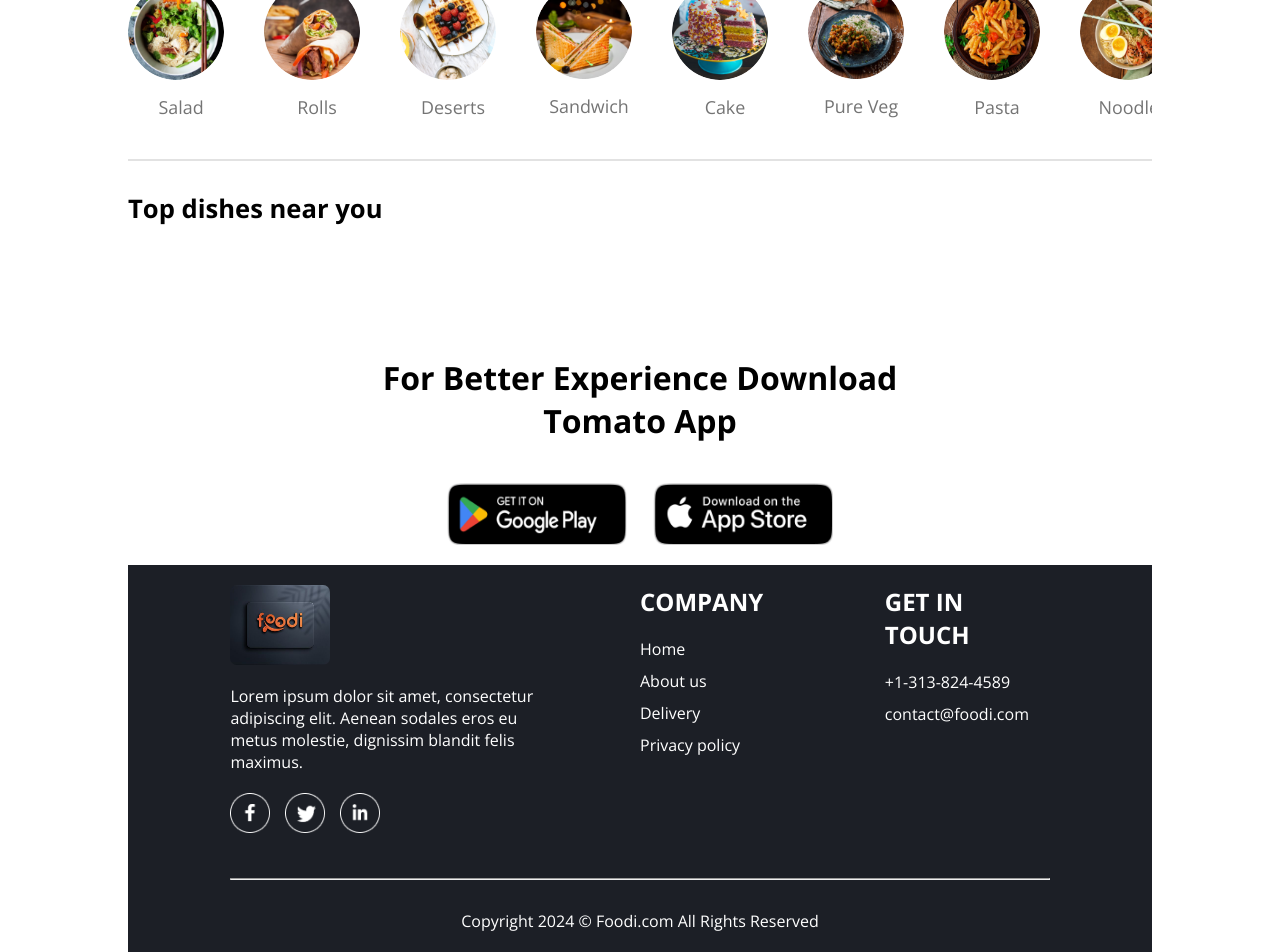
Repository: LolaSL/food-delivery-app
Page: / (app in frontend/)
An editor plug-in stored every save of this project. The page is shown before and after the next save, followed by the edit.
The browser window is 1280 px wide. The pictures show the part of the page from y = 799 to 1751 px (the page is 1751 px tall before and 1749 px after).
The page's requests for data from a server got no answer. The project was rebuilt for these pictures with package versions that can differ from the ones it lists, and the page was loaded fresh each time. No one was signed in, and anything a server would have sent is missing. Also part of the build but not shown: frontend/vite.config.js, frontend/src/components/foodItem/FoodItem.jsx, frontend/src/components/cart/Cart.css, frontend/src/components/cart/Cart.jsx, frontend/src/components/order/PlaceOrder.css, frontend/src/components/order/PlaceOrder.jsx, frontend/src/components/login/Login.jsx, frontend/src/pages/verify/Verify.css and 3 more.

Above is the page before, as saved 2024-05-28 20:41:50.

### frontend/index.html
<!doctype html>
<html lang="en">
  <head>
    <meta charset="UTF-8" />
    <link rel="icon" type="image/svg+xml" href="/vite.svg" />

    <meta name="viewport" content="width=device-width, initial-scale=1.0" />
    <link rel="preconnect" href="https://fonts.googleapis.com">
<link rel="preconnect" href="https://fonts.gstatic.com" crossorigin>
<link href="https://fonts.googleapis.com/css2?family=Open+Sans:ital,wght@0,300..800;1,300..800&display=swap" rel="stylesheet">
    <title>Food Delivery Application</title>
  </head>
  <body>
    <div id="root"></div>
    <script type="module" src="/src/main.jsx"></script>
  </body>
</html>

### frontend/src/main.jsx

import ReactDOM from 'react-dom/client';
import App from './App.jsx';
import './index.css';
import { BrowserRouter } from 'react-router-dom';
import StoreContextProvider from './context/StoreContext.jsx';

ReactDOM.createRoot(document.getElementById('root')).render(
  <BrowserRouter>
    <StoreContextProvider >
      <App />
    </StoreContextProvider>
  </BrowserRouter>
);

### frontend/src/App.jsx
import Navbar from "./components/navbar/Navbar.jsx";
import Home from "./pages/home/Home.jsx";
import { Routes, Route } from "react-router-dom";
import Cart from "./components/cart/Cart.jsx";
import PlaceOrder from "./components/order/PlaceOrder.jsx";
import Footer from "./components/footer/Footer.jsx";
import { useState } from "react";
import Login from "./components/login/Login.jsx";
import Verify from "./pages/verify/Verify.jsx";
import MyOrders from "./pages/myOrders/MyOrders.jsx";



function App() {

  const [showLogin, setShowLogin] = useState(false);

  return (
    <>
      {showLogin ? <Login setShowLogin={setShowLogin} /> : <div></div>}
      <div className="app">
        <Navbar setShowLogin={setShowLogin} />
        <Routes>
          <Route path="/" element={<Home />} />
          <Route path="/cart" element={<Cart />} />
          <Route path="/order" element={<PlaceOrder />} />
          <Route path="/verify" element={<Verify />} />
          <Route path="/myorders" element={<MyOrders/>} />
        </Routes>
        <Footer />
      </div>
    </>
  );
}

export default App;

### frontend/src/index.css
*{
  padding:0;
  margin:0;
  box-sizing: border-box;
  font-family: "Open Sans", sans-serif;
  scroll-behavior: smooth;
}

body{
  min-height: 100vh;

}
a{
  text-decoration: none;
  color: inherit;
}
.app{
  width: 80%;
  margin: auto;

}
@keyframes fadeIn {
0%{
  opacity: 0;
}
  100%{
    opacity:1;
  }
}

### frontend/src/context/StoreContext.jsx
import { useState, createContext, useEffect } from "react";
import PropTypes from "prop-types";
import axios from "axios";

export const StoreContext = createContext(null);

const StoreContextProvider = ({ children }) => {

  const [cartItems, setCartItems] = useState({});

  const url = "http://localhost:4000";

  const [token, setToken] = useState("");

  const [food_list, setFoodList] = useState([]);

  const addToCart = async (itemId) => {
    if (!cartItems[itemId]) {
      setCartItems((prev) => ({ ...prev, [itemId]: 1 }));
    } else {
      setCartItems((prev) => ({ ...prev, [itemId]: prev[itemId] + 1 }));
    }
    if (token) {
      await axios.post(
        url + "/api/cart/add",
        { itemId },
        { headers: { token } }
      );
    }
  };

  const removeFromCart = async (itemId) => {
    setCartItems((prev) => ({ ...prev, [itemId]: prev[itemId] - 1 }));
    if (token) {
      await axios.post(
        url + "/api/cart/remove",
        { itemId },
        { headers: { token } }
      );
    }
  };

  const getTotalCartAmount = () => {
    let totalAmount = 0;
    for (const item in cartItems) {
      if (cartItems[item] > 0) {
        let itemInfo = food_list.find((product) => product._id === item);
        totalAmount += itemInfo.price * cartItems[item];
      }
    }
    return totalAmount;
  };

  const fetchFoodList = async () => {
    const response = await axios.get(url + "/api/food/list");
    setFoodList(response.data.data);
  };

  const loadCartData = async (token) => {
    const response = await axios.post(
      url + "/api/cart/get",
      {},
      { headers: { token } }
    );

    setCartItems(response.data.cartData);
  };

  useEffect(() => {
    async function loadData() {
      await fetchFoodList();
      if (localStorage.getItem("token")) {
        setToken(localStorage.getItem("token"));
        await loadCartData(localStorage.getItem("token"));
      }
    }
    loadData();
  }, []);

  const contextValue = {
    food_list,
    cartItems,
    setCartItems,
    addToCart,
    removeFromCart,
    getTotalCartAmount,
    url,
    token,
    setToken,
  };

  return (
    <StoreContext.Provider value={contextValue}>
      {children}
    </StoreContext.Provider>
  );
};

StoreContextProvider.propTypes = {
  children: PropTypes.oneOfType([
    PropTypes.arrayOf(PropTypes.node),
    PropTypes.node,
  ]).isRequired,
};

export default StoreContextProvider;

### frontend/src/components/navbar/Navbar.jsx
import { useContext, useState } from "react";
import "./Navbar.css";
import { assets } from "../../assets/assets.js";
import { Link, useNavigate } from "react-router-dom";
import PropTypes from "prop-types";
import { StoreContext } from "../../context/StoreContext.jsx";

const Navbar = ({ setShowLogin }) => {

  const [menu, setMenu] = useState("Home");

  const { getTotalCartAmount, token, setToken } = useContext(StoreContext);

  const navigate = useNavigate();

  const logout = () => {
    localStorage.removeItem("token");
    setToken("");
    navigate("/");
  };

  return (
    <div className="navbar">
      <Link to="/">
        <img src={assets.logo} alt="logo" />
      </Link>
      <ul className="navbar-menu">
        <Link
          to="/"
          onClick={() => setMenu("Home")}
          className={menu === "Home" ? "active" : ""}
        >
          Home
        </Link>
        <a
          href="#explore-menu"
          onClick={() => setMenu("Menu")}
          className={menu === "Menu" ? "active" : ""}
        >
          Menu
        </a>
        <a
          href="#app-download"
          onClick={() => setMenu("Mobile-App")}
          className={menu === "Mobile-App" ? "active" : ""}
        >
          Mobile-App
        </a>
        <a
          href="#footer"
          onClick={() => setMenu("Contact Us")}
          className={menu === "Contact Us" ? "active" : ""}
        >
          Contact Us
        </a>
      </ul>
      <div className="navbar-right">
        <div className="navbar-search-icon">
          <Link to="/cart">
            <img src={assets.basket_icon} alt="backet icon" />
          </Link>
          <div className={getTotalCartAmount() === 0 ? "" : "dot"}></div>
        </div>
        {!token ? (
          <button className="btn-signup" onClick={() => setShowLogin(true)}>
            SingUp
          </button>
        ) : (
          <div className="navbar-profile">
            <img src={assets.profile_icon} alt="profile icon" />
            <ul className="navbar-profile-dropdown">
              <li onClick={() => navigate("/myorders")}>
                <img src={assets.bag_icon} alt="bag icon" />
                <p>Orders</p>
              </li>
              <hr />
              <li onClick={logout}>
                <img src={assets.logout_icon} alt="logout icon" />
                <p>Logout</p>
              </li>
            </ul>
          </div>
        )}
      </div>
    </div>
  );
};

Navbar.propTypes = {
  setShowLogin: PropTypes.func.isRequired,
};
export default Navbar;

### frontend/src/pages/home/Home.jsx
import Header from "../../components/header/Header.jsx";
import Explore from "../../components/explore/Explore.jsx";
import { useState } from "react";
import FoodDisplay from "../../components/foodDisplay/FoodDisplay.jsx";
import AppDownload from "../../components/appDownload/AppDownload.jsx";

const Home = () => {

  const [category, setCategory] = useState("All");
  return (
    <div>
      <Header />
      <Explore category={category} setCategory={setCategory} />
      <FoodDisplay category={category} />
      <AppDownload />
    </div>
  );
};

export default Home;

### frontend/src/components/footer/Footer.jsx
import './Footer.css'
import { assets } from "../../assets/assets";

const Footer = () => {
  return (
    <div className="footer" id="footer">
      <div className="footer-content">
        <div className="footer-content-left">
          <img src={assets.logo} alt="logo" className="logo-img" />
          <p>
            Lorem ipsum dolor sit amet, consectetur adipiscing elit. Aenean
            sodales eros eu metus molestie, dignissim blandit felis maximus.
          </p>
          <div className="footer-social-icons">
            <img src={assets.facebook_icon} alt="facebook logo" />
            <img src={assets.twitter_icon} alt="twitter logo" />
            <img src={assets.linkedin_icon} alt="linkedin logo" />
          </div>
        </div>
        <div className="footer-content-center">
          <h2>COMPANY</h2>
          <ul>
            <li>Home</li>
            <li>About us</li>
            <li>Delivery</li>
            <li>Privacy policy</li>
          </ul>
        </div>
        <div className="footer-content-right">
          <h2>GET IN TOUCH</h2>
          <ul>
            <li>+1-313-824-4589</li>
            <li>contact@foodi.com</li>
          </ul>
        </div>
      </div>
      <hr />
      <p className="footer-copyright">
        Copyright 2024 &#169; Foodi.com  All Rights Reserved
      </p>
    </div>
  );
};

export default Footer;

### frontend/src/components/navbar/Navbar.css

.navbar {
  display: flex;
  justify-content: space-between;
  align-items: center;
  background-color: #1c1f26;
  color: #d9d9d9;
  padding: 20px;
}


.navbar img {
  max-width: 100px;
  margin-right: 20px;
}


.navbar-menu {
  list-style: none;
  display: flex;
  gap: 20px;
}

.navbar-menu li {
  cursor: pointer;
  cursor: pointer;
  transition: color 0.3s;
}

.navbar-menu li.active {
  color: #fff;
}


.navbar-right {
  display: flex;
  align-items: center;
}


.navbar-right img[src*="search_icon"] {
  width: 20px;
  margin-right: 10px;
}


.navbar-search-icon img[src*="basket_icon"] {
  width: 20px;
  margin-right: 5px;
}


.dot {
  width: 8px;
  height: 8px;
  background-color: #ff5f5f;
  border-radius: 50%;
  display: inline-block;
  margin:8px;
  padding: 2px;
}

.btn-signup {
  background-color: coral;
  border: 1px solid #fff;
  border-radius: 6px;
  color: #fff;
  padding: 5px 10px;
  cursor: pointer;
  transition: background-color 0.3s, color 0.3s;
}

.btn-signup:hover {
  background-color: #fff;
  color: #323232;
}

.navbar-profile {
  position: relative;
}

.navbar-profile-dropdown {
  position: absolute;
  display: none;
  right: 0;
  z-index: 1;
}

.navbar-profile:hover .navbar-profile-dropdown {
  display: flex;
  flex-direction: column;
  gap: 10px;
  color: black;
  background-color: #fff2ef;
  padding: 12px 25px;
  border-radius: 4px;
  border: 1px solid coral;
  outline: 2px solid white;
  list-style: none;
}

.navbar-profile-dropdown li {
  display: flex;
  align-items: center;
  gap: 10px;
  cursor: pointer;
}

.navbar-profile-dropdown img {
  width: 20px;
}

.navbar-profile-dropdown li:hover {
  color: coral;
}

@media (max-width: 1050px) {
  .navbar .logo {
    width: 140px;
  }
  .navbar-menu {
    gap: 30px;
    font-size: 17px;
  }
  .navbar-right {
    gap: 30px;
  }
  .navbar-right img {
    width: 22px;
  }

  .navbar-right button {
    padding: 8px 25px;
  }
}
@media (max-width: 900px) {
  .navbar .logo {
    width: 120px;
  }
  .navbar-menu {
    gap: 20px;
    font-size: 17px;
  }
  .navbar-right {
    gap: 30px;
  }
  .navbar-right img {
    width: 20px;
  }

  .navbar-right button {
    padding: 7px 10px;
    font-size: 15px;
  }
}

@media (max-width: 750px) {
  .navbar-menu {
    display: none;
  }
}

### frontend/src/components/header/Header.jsx
import "./Header.css";

const Header = () => {
  return (
    <div className="header-container">
      <div className="header-content">
        <h3>Order your favorite food here</h3>
        <p>
          Explore our diverse menu, which includes a variety of dishes
          meticulously crafted with the finest ingredients. Elevate your dining
          experience, one delicious meal at a time
        </p>
        <button>View Menu</button>
      </div>
    </div>
  );
};

export default Header;

### frontend/src/components/explore/Explore.jsx

import PropTypes from 'prop-types';
import './Explore.css';
import { menu_list } from '../../assets/assets.js';

const Explore = ({ category, setCategory }) => {
  return (
    <div className="explore-menu" id="explore-menu">
      <h1>Explore our menu</h1>
      <p className="explore-menu-text">
        Choose from a diverse menu featuring a delectable list of dishes, ranging
        from savory delights like truffle-infused risotto to sweet indulgences
        such as Butterscotch Cake.
      </p>
      <div className="explore-menu-list">
        {menu_list.map((item, index) => (
          <div
            onClick={() => setCategory(prev => prev === item.menu_name ? 'All' : item.menu_name)}
            key={index}
            className="explore-menu-list-item"
          >
            <img className={category === item.menu_name ? 'active' : ''} src={item.menu_image} alt={item.menu_name} />
            <p>{item.menu_name}</p>
          </div>
        ))}
      </div>
      <hr />
    </div>
  );
};

Explore.propTypes = {
  category: PropTypes.string.isRequired,
  setCategory: PropTypes.func.isRequired,
};

export default Explore;

### frontend/src/components/foodDisplay/FoodDisplay.jsx
import PropTypes from "prop-types";
import { useContext } from "react";
import "./FoodDisplay.css";
import { StoreContext } from "../../context/StoreContext";
import FoodItem from "../foodItem/FoodItem";

const FoodDisplay = ({ category }) => {

  const { food_list } = useContext(StoreContext);

  return (
    <div className="food-display" id="food-display">
      <h2>Top dishes near you</h2>
      <div className="food-display-list">
        {food_list.map((item, index) => {
          if (category === "All" || category === item.category) {
            return (
              <FoodItem
                key={index}
                id={item._id}
                name={item.name}
                description={item.description}
                price={item.price}
                image={item.image}
                category={category}
              />
            );
          }
        })}
      </div>
    </div>
  );
};

export default FoodDisplay;

FoodDisplay.propTypes = {
  category: PropTypes.string.isRequired,
};

### frontend/src/components/appDownload/AppDownload.jsx
import './AppDownload.css';
import { assets } from '../../assets/assets.js';


const AppDownload = () => {
  return (
      <div className="app-download" id="app-download">
          <h1>For Better Experience Download <br /> Tomato App</h1>
          <div className='app-download-platforms'>
          <img
            src={assets.play_store}
            alt="Add white icon"
              />
                     <img
            src={assets.app_store}
            alt="Add white icon"
          />

          </div>
    </div>
  )
}

export default AppDownload;

### frontend/src/components/footer/Footer.css

.footer {
  background-color: #1c1f26;
  padding: 20px;
  margin-top: 20px;
  gap: 20px;
  color: white;
  padding-top: 80px;
  padding: 20px 8vw;
  display: flex;
  flex-direction: column;
 }

 .footer-content-left .logo-img{
border-radius: 7px;
max-width: 100px;
height:80px;
}
.footer-content {
  width: 100%;
  display: grid;
  grid-template-columns: 2fr 1fr 1fr;
  gap: 80px;
}
.footer-content li{
  list-style: none;
  text-decoration: none;
}
.footer-content-left,.logo-img,
.footer-content-right,
.footer-content-center {
  display: flex;
  flex-direction: column;
  align-items: start;
  gap: 20px;
}
.footer-content-left,
.footer-content-right,
.footer-content-center {
  margin-bottom: 10px;
  cursor: pointer;
}

.footer-content-left li,
.footer-content-right li,
.footer-content-center li {
  margin-bottom: 10px;

}
.footer-content-right h2,
.footer-content-center h2 {
  color: white;
}

.footer-social-icons img {
  width: 40px;
  margin-right: 15px;
}
.footer hr {
  width: 100%;
  height: 2px;
  margin: 10px 0px;
}
.footer-copyright {
  text-align: center;
}

@media (max-width: 750px) {
  .footer-content {
    display: flex;
    flex-direction: column;
    gap: 35px;
  }
  .footer-copyright {
    text-align: center;
  }
}

### frontend/src/components/header/Header.css
.header-container {
  height: 32vw;
  margin: 30px auto;
  background: url("header_img.png") no-repeat;
  background-repeat: no-repeat;
  background-size: contain;
  background-position: center;
  position: relative;
  object-fit: contain;
  padding: 20px;
}

.header-content {
  position: absolute;
  display: flex;
  flex-direction: column;
  align-items: start;
  gap: 1.5vw;
  max-width: 60%;
  bottom: 10%;
  left: 6vw;
  animation: fadeIn 4s;
}

.header-content h3 {
  font-weight: 500;
  color:white;
  font-size: max(3.6vw, 22px);
  text-shadow: 1px 1px 2px grey;
}

.header-content p {
  color: white;
  font-size: 1.3vw;
  text-shadow: 1px 1px 2px grey;
  text-align: justify;
}

button {
  margin: 15px;
  background-color: transparent;
  border: 1px solid #fff;
  border-radius: 5px;
  text-shadow: 1px 1px 2px grey;
  color: #fff;
  padding: 5px 10px;
  font-weight: bold;
  cursor: pointer;
  transition: background-color 0.3s, color 0.3s;
}


@media (max-width: 1050px) {
  .header-content {
    max-width: 65%;
  }
}

@media (max-width: 750px) {
  .header-content {
    max-width: 70%;
  }
  .header-content p{
  display: none;
  }
  .header-content button{
    padding: 4px 8px;
    }
}

### frontend/src/components/explore/Explore.css

.explore-menu {
    display: flex;
    flex-direction:column;
    gap:20px;

  }

  .explore-menu h1 {
    color:#262626;
    font-weight: 500;

  }


  .explore-menu-text {
    max-width: 60%;
    font-size: 16px;
    color: #333;
    margin-bottom: 20px;
  }
  .explore-menu-list{
    display: flex;
    align-items: center;
    justify-content: space-between;
    gap:30px;
    text-align: center;
    margin: 20px 0px;
    overflow-x: scroll;
  }

  .explore-menu-list::-webkit-scrollbar{
    display: none;
  }


  .explore-menu-list-item img {
    width: 7.5vw;
    min-width: 80px;
    cusor:pointer;
    border-radius:50%;
    transition: 0.5s;
    margin-right: 10px;
  }


  .explore-menu-list-item p {
    margin-top: 10px;
    font-size: max(1.4vw, 16px);
    color: #747474;
  }


  .explore-menu hr {
    border: none;
    height: 2px;
    background-color: #e2e2e2;
    margin-top: 10px 10px;
  }

  .explore-menu-list-item .active {
    border: 4px solid coral;
    padding: 2px;
    border-radius:50%
}

@media(max-width: 1050px){
  .explore-menu-text{
    max-width: 100%;
    font-size:14px;
    text-align: justify;
  }
}

### frontend/src/components/foodDisplay/FoodDisplay.css

.food-display {
  margin-top: 30px;
}
.food-display h2 {
  font-size: max(2vw, 24px);
  font-wieght: 600;
}

.food-display-list {
  display: grid;
  grid-template-columns: repeat(
    auto-fill,
    minmax(240px, 1fr)
  );
  gap: 20px;
  margin-top: 30px;
  row-gap: 50px;
}


.food-item {
  border: 1px solid #ddd;
  border-radius: 8px;
  padding: 10px;
  background-color: #f9f9f9;
  box-shadow: 0 2px 4px rgba(0, 0, 0, 0.1);
}

.food-item img {
  width: 100%;
  border-radius: 15px 15px 0 0;
}


.food-item-info {
  padding-left: 16px;
}


.food-item-name-rating {
  display: flex;
  justify-content: space-between;
  align-items: center;
}

.food-item-name-rating p {
  font-size: 18px;
  font-weight: 500;
}


.food-item-desc {
  margin-top: 8px;
  font-size: 12px;
  color: #777;
}


.food-item-price {
  margin-top: 10px;
  font-weight: 500;
  color: tomato;
  font-size: 20px;
}

### frontend/src/components/appDownload/AppDownload.css
.app-download{
    margin: auto auto;
    margin-top: 100px;
    font-size: max(3vw, 20px;);
    font-weight: 500;
}
.app-download-platforms{
    display: flex;
    justify-content:center;
    gap: max(2vw, 10px);
    margin-top: 40px;
}
.app-download h1{
    text-align: center;
}

.app-download-platforms img{
    widht: max(30vw, 120px);
    max-width: 180px;
transition:0.6s;
cursor: pointer;
}

.app-download-platforms img:hover{
transform: scale(1.1)
}

### frontend/src/components/foodItem/FoodItem.css

.food-item {
  margin: auto;
  border-radius: 15px;
  box-shadow: 0px 0px 10px #00000015;
  transition: 0.3s;
  animation: fadeIn 2s;
}


.food-item-image {
  width: 100%;
  border-radius: 15px 15px 0px 0px;
}


.food-item-info {
  padding-left: 20px;
}

.food-item-name-rating {
  display: flex;
  justify-content: space-between;
  align-items: center;
  margin-bottom: 10px;
}

.food-item-img-container {
  position: relative;
}

.food-item-img-container .add {
  width: 35px;
  position: absolute;
  bottom: 15px;
  right: 15px;
  cursor: pointer;
  border-radius: 50%;
}


.responsive {
  width: 100%;
  max-width: 400px;
  height: auto;
}

.food-item-name-rating p {
  font-size: 20px;
  font-weight: 500;
}


.food-item-name-rating img {
  width: 68px;
  padding: 4px;
}

.food-item-counter {
  position: absolute;
  bottom: 15px;
  right: 15px;
  display: flex;
  gap: 10px;
  align-items: center;
  padding: 6px;
  border-radius: 50px;
  background-color: white;
}

.food-item-counter img {
  width: 30px;
}

.food-item-name {
  font-size: 17px;
  font-weight: 500;
}


.food-item-desc {
  margin-top: 8px;
  font-size: 12px;
  color: #777;
}


.food-item-price {
  margin: 10px 0px;
  font-weight: 500;
  color: coral;
  font-size: 15px;
}


@media screen and (min-width: 1050px) {
  .food-display-list {
    display: grid;
    grid-template-columns: repeat(5, 1fr);
    gap: 20px;
  }
}


@media screen and (max-width: 750px) {
  .food-item {
    width: 100%;
  }
  .food-item-name-rating p {
    font-size: 15px;
    font-weight: 500;
  }
}

Loaded but not shown: frontend/src/assets/assets.js (350 lines, source omitted)

After the next save:
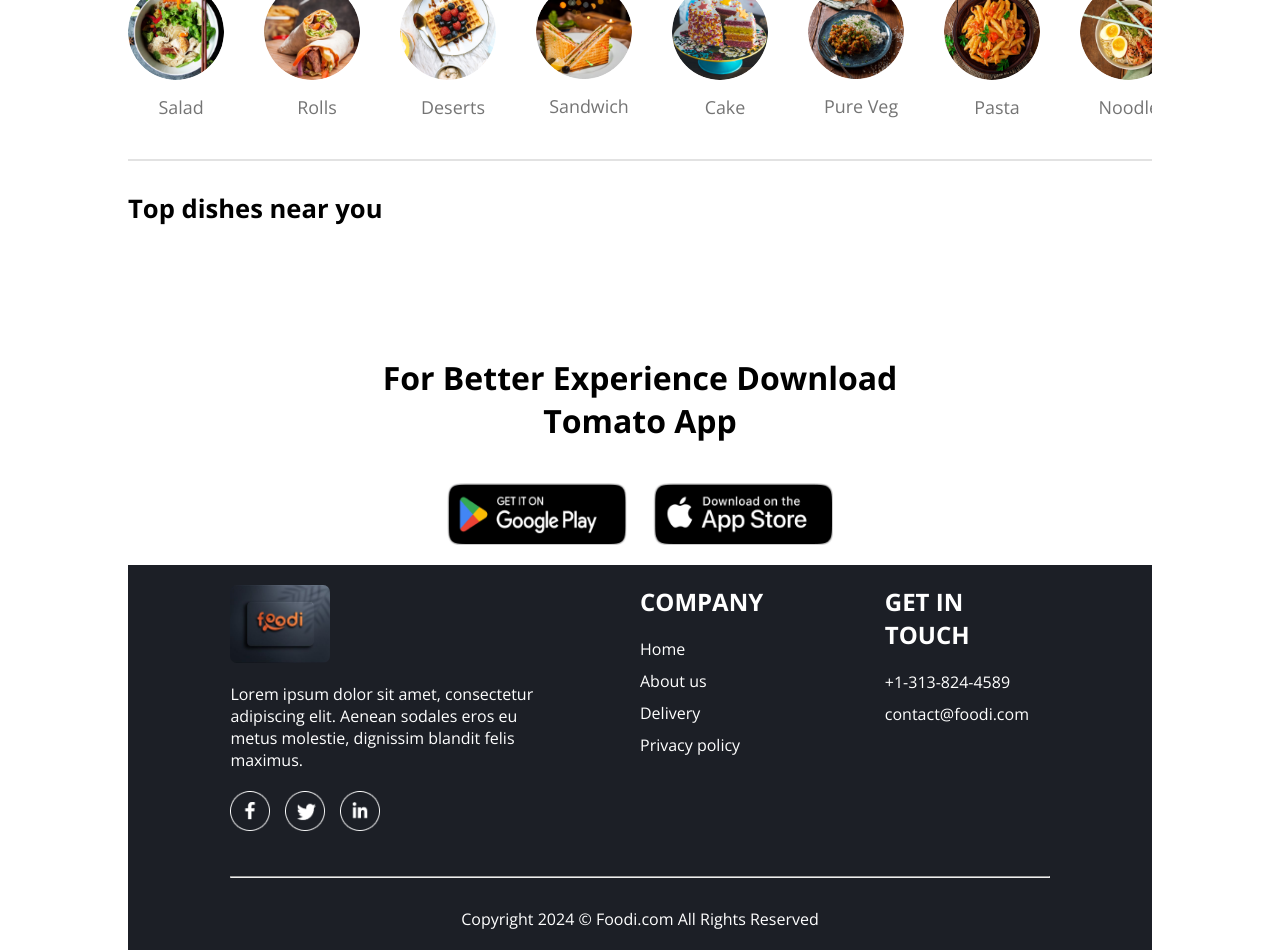
Saved 8 s later.
--- a/frontend/src/components/footer/Footer.css
+++ b/frontend/src/components/footer/Footer.css
@@ -14,7 +14,7 @@
  .footer-content-left .logo-img{
 border-radius: 7px;
 max-width: 100px;
-height:80px;
+height:auto;
 }
 .footer-content {
   width: 100%;
